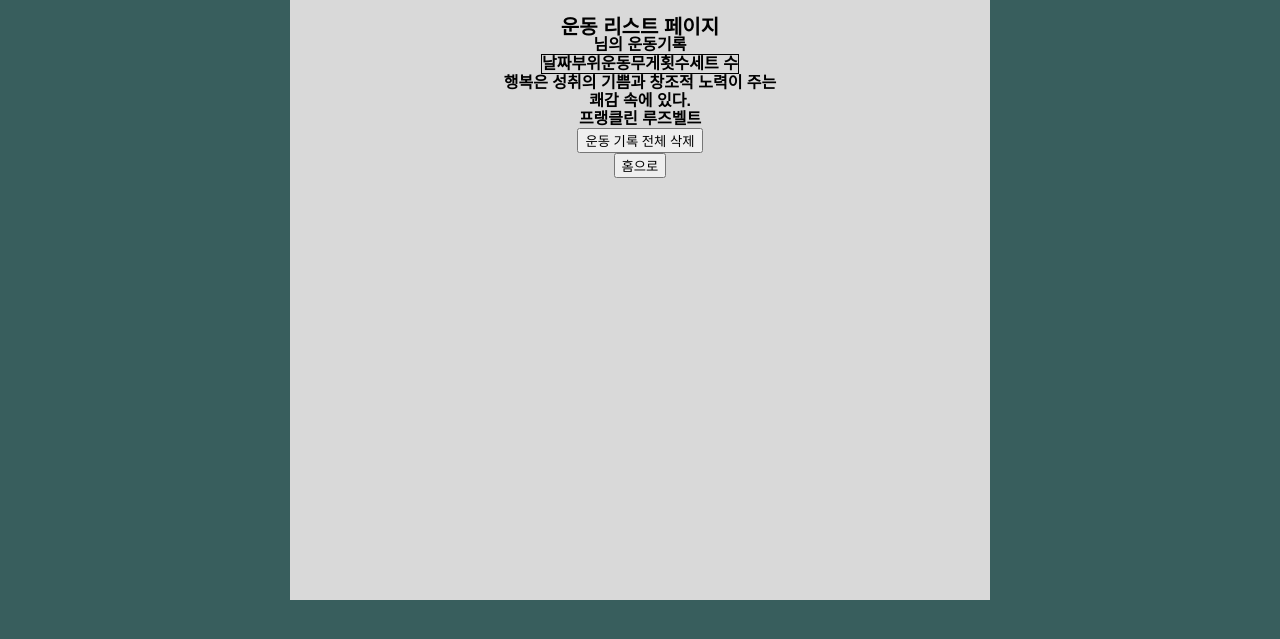
Repository: Up-Min/hrdkorea
Page: http://localhost/jsp_workout/wk_list.jsp
The author's editor kept a copy of each file at every save. The page is drawn from the files as they stood at one save, then again after the next save.
The browser window is 1280 px wide. The pictures show the whole page.
The page is served by Tomcat 9. Other server files are loaded and not shown. The template is opened directly, without the code that normally fills it, so the values that code supplies are empty.

Above is the page before, as saved 2022-12-31 06:16:59.

### jsp_workout/src/main/webapp/wk_list.jsp
<%@ page language="java" contentType="text/html; charset=UTF-8"
	pageEncoding="UTF-8"%>
<%@ taglib prefix="c" uri="http://java.sun.com/jsp/jstl/core"%>
<%@ page import="java.util.*"%>
<%@ page import="DTO.*"%>


<!DOCTYPE html>
<html style = "background-color: #385E5D;">
<head>
<meta charset="UTF-8">
<title>Insert title here</title>
<link rel="stylesheet" href="./css/style.css" />
</head>
<style>
.body{
	width: 700px;
	height: 600px;
	margin: 0 auto;
	background-color: #D9D9D9;
	color: black;
	text-align: center;
	border : 5px soild black;
}

.name{
	font-size: 20px;
}

table {
	border: 1px solid black;
	text-align: center;
	margin: 0 auto;
	padding : 3px;
}

table td{
	padding : 10px;
}

.change:hover{
	cursor: pointer;
}

.good{
	font-size: 20px''
}
</style>


<body style = "background-color: #385E5D;" >
<div class="body">
	<form action="delete" method="post">
		<input type="hidden" name="work_num" value="${work_num}">
		<input type="hidden" name="user_id" value="${user_id}">
		<input type="hidden" name="user_pwd" value="${user_pwd}">
		<br>
		<p class = "name">운동 리스트 페이지</p>
		<p>${user_id}님의 운동기록</p>

		<table>
			<tr>
				<th>날짜</th>
				<th>부위</th>
				<th>운동</th>
				<th>무게</th>
				<th>횟수</th>
				<th>세트 수</th>
			</tr>
			<c:forEach items="${list}" var="w" varStatus="status">
				<!-- jstl쓰면 굳이 request쓸 필요 없다. (Board board : boardList) -->
				<tr>
					<td>${w.wk_date}</td>
					<td>${w.wk_part}</td>
					<td>${w.ex_name}</td>
					<td>${w.ex_weight}kg</td>
					<td>${w.ex_reps}회</td>
					<td>${w.ex_sets}세트</td>
					<td class="change"
						onclick="location.href = 'edit?user_id=${user_id}&user_pwd=${user_pwd}&user_num=${user_num}&wk_no=${w.wk_number}&ex_num=${w.ex_number}'">
					운동수정</td>
				</tr>

			</c:forEach>
		</table>

		<p class = "good">
			행복은 성취의 기쁨과 창조적 노력이 주는 <br> 쾌감 속에 있다. <br> <b> 프랭클린
				루즈벨트 </b>
		</p>


		<button type="submit">운동 기록 전체 삭제</button>
	</form>
		<button onclick="location.href = 'signin?user_id=${user_id}&user_pwd=${user_pwd}'"> 홈으로</button>
</div>

	<script type="text/javascript" src="./script.js"></script>
</body>


<%-- 	<table>
		<c:forEach items="${wklist0}" var="w" varStatus="status">
			<input type=hidden value="${w.wk_number}">
			<!-- jstl쓰면 굳이 request쓸 필요 없다. (Board board : boardList) -->
			<tr onclick = "location.href = 'wk_list.jsp?user_num=${num}&list_no=${w.wk_number}'">
				<td>${w.wk_date}</td>
				<td>${w.wk_number}</td>
				<td>${w.ex_number}</td>
				<td>${w.wk_part}</td>
				<td>${w.ex_name}</td>
				<td>${w.ex_weight}</td>
				<td>${w.ex_reps}</td>
				<td>${w.ex_sets}</td>
			</tr>
		</c:forEach>
	</table>

	<hr>
	<table>
		<c:forEach items="${wklist1}" var="w" varStatus="status">
			<input type=hidden value="${w.wk_number}">
			<!-- jstl쓰면 굳이 request쓸 필요 없다. (Board board : boardList) -->
			<tr>
				<td>${w.wk_date}</td>
				<td>${w.wk_number}</td>
				<td>${w.ex_number}</td>
				<td>${w.wk_part}</td>
				<td>${w.ex_name}</td>
				<td>${w.ex_weight}</td>
				<td>${w.ex_reps}</td>
				<td>${w.ex_sets}</td>
			</tr>
		</c:forEach>
	</table>
	<hr>
	<table>
		<c:forEach items="${wklist2}" var="w" varStatus="status">
			<input type=hidden value="${w.wk_number}">
			<!-- jstl쓰면 굳이 request쓸 필요 없다. (Board board : boardList) -->
			<tr>
				<td>${w.wk_date}</td>
				<td>${w.wk_number}</td>
				<td>${w.ex_number}</td>
				<td>${w.wk_part}</td>
				<td>${w.ex_name}</td>
				<td>${w.ex_weight}</td>
				<td>${w.ex_reps}</td>
				<td>${w.ex_sets}</td>
			</tr>
		</c:forEach>
	</table>
	<hr>
	<table>
		<c:forEach items="${wklist3}" var="w" varStatus="status">
			<input type=hidden value="${w.wk_number}">
			<!-- jstl쓰면 굳이 request쓸 필요 없다. (Board board : boardList) -->
			<tr>
				<td>${w.wk_date}</td>
				<td>${w.wk_number}</td>
				<td>${w.ex_number}</td>
				<td>${w.wk_part}</td>
				<td>${w.ex_name}</td>
				<td>${w.ex_weight}</td>
				<td>${w.ex_reps}</td>
				<td>${w.ex_sets}</td>
			</tr>
		</c:forEach>
	</table>
	<hr>
	<table>
		<c:forEach items="${wklist4}" var="w" varStatus="status">
			<input type=hidden value="${w.wk_number}">
			<!-- jstl쓰면 굳이 request쓸 필요 없다. (Board board : boardList) -->
			<tr>
				<td>${w.wk_date}</td>
				<td>${w.wk_number}</td>
				<td>${w.ex_number}</td>
				<td>${w.wk_part}</td>
				<td>${w.ex_name}</td>
				<td>${w.ex_weight}</td>
				<td>${w.ex_reps}</td>
				<td>${w.ex_sets}</td>
			</tr>
		</c:forEach>
	</table>
	<hr>
	<table>
		<c:forEach items="${wklist5}" var="w" varStatus="status">
			<input type=hidden value="${w.wk_number}">
			<!-- jstl쓰면 굳이 request쓸 필요 없다. (Board board : boardList) -->
			<tr>
				<td>${w.wk_date}</td>
				<td>${w.wk_number}</td>
				<td>${w.ex_number}</td>
				<td>${w.wk_part}</td>
				<td>${w.ex_name}</td>
				<td>${w.ex_weight}</td>
				<td>${w.ex_reps}</td>
				<td>${w.ex_sets}</td>
			</tr>
		</c:forEach>
	</table> --%>

</html>

### jsp_workout/src/main/webapp/css/style.css
@charset "UTF-8";
@import url('./reset.css');

* { box-sizing: border-box; }
.video-background {
  background: #000;
  position: fixed;
  top: 0; right: 0; bottom: 0; left: 0;
  z-index: -99;
}
.video-foreground,
.video-background iframe {
  position: absolute;
  top: 0;
  left: 0;
  width: 100%;
  height: 100%;
  pointer-events: none;
}
#vidtop-content {
    top: 0;
    color: #fff;
}
.vid-info { position: absolute; top: 0; right: 0; width: 33%; background: rgba(0,0,0,0.3); color: #fff; padding: 1rem; font-family: Avenir, Helvetica, sans-serif; }
.vid-info h1 { font-size: 2rem; font-weight: 700; margin-top: 0; line-height: 1.2; }
.vid-info a { display: block; color: #fff; text-decoration: none; background: rgba(0,0,0,0.5); transition: .6s background; border-bottom: none; margin: 1rem auto; text-align: center; }
@media all and (max-width: 600px) {
.vid-info { width: 50%; padding: .5rem; }
.vid-info h1 { margin-bottom: .2rem; }
}
@media all and (max-width: 500px) {
.vid-info .acronym { display: none; }
}

*,:after,:before{box-sizing:border-box}
.clearfix:after,.clearfix:before{content:'';display:table}
.clearfix:after{clear:both;display:block}
a{color:inherit;text-decoration:none}

.tab:hover{
	cursor: pointer;
}

.login-wrap{
  width:100%;
  margin:auto;
  max-width:525px;
  min-height:950px;
  position:relative;
  box-shadow:0 12px 15px 0 rgba(0,0,0,.24),0 17px 50px 0 rgba(0,0,0,.19);
}
.login-html{
  width:100%;
  height:100%;
  position:absolute;
  padding:90px 70px 50px 70px;
  background:rgba(40,57,101,.9);
}
.login-html .sign-in-htm,
.login-html .sign-up-htm{
  top:0;
  left:0;
  right:0;
  bottom:0;
  position:absolute;
  transform:rotateY(180deg);
  backface-visibility:hidden;
  transition:all .4s linear;
}
.login-html .sign-in,
.login-html .sign-up,
.login-form .group .check{
  display:none;
}
.login-html .tab,
.login-form .group .label,
.login-form .group .button{
  text-transform:uppercase;
}
.login-html .tab{
  font-size:22px;
  margin-right:15px;
  padding-bottom:5px;
  margin:0 15px 10px 0;
  display:inline-block;
  border-bottom:2px solid transparent;
}
.login-html .sign-in:checked + .tab,
.login-html .sign-up:checked + .tab{
  color:#fff;
  border-color:#1161ee;
}
.login-form{
  min-height:345px;
  position:relative;
  perspective:1000px;
  transform-style:preserve-3d;
}
.login-form .group{
  margin-bottom:15px;
}
.login-form .group .label,
.login-form .group .input,
.login-form .group .button{
  width:100%;
  color:#fff;
  display:block;
}
.login-form .group .input,
.login-form .group .button{
  border:none;
  padding:15px 20px;
  border-radius:25px;
  background:rgba(255,255,255,.1);
}
.login-form .group .button:hover{
	cursor: pointer;
}

.login-form .group input[data-type="password"]{
  text-security:circle;
  -webkit-text-security:circle;
}
.login-form .group .label{
  color:#aaa;
  font-size:12px;
}
.login-form .group .button{
  background:#1161ee;
}
.login-form .group label .icon{
  width:15px;
  height:15px;
  border-radius:2px;
  position:relative;
  display:inline-block;
  background:rgba(255,255,255,.1);
}
.login-form .group label .icon:before,
.login-form .group label .icon:after{
  content:'';
  width:10px;
  height:2px;
  background:#fff;
  position:absolute;
  transition:all .2s ease-in-out 0s;
}
.login-form .group label .icon:before{
  left:3px;
  width:5px;
  bottom:6px;
  transform:scale(0) rotate(0);
}
.login-form .group label .icon:after{
  top:6px;
  right:0;
  transform:scale(0) rotate(0);
}
.login-form .group .check:checked + label{
  color:#fff;
}
.login-form .group .check:checked + label .icon{
  background:#1161ee;
}
.login-form .group .check:checked + label .icon:before{
  transform:scale(1) rotate(45deg);
}
.login-form .group .check:checked + label .icon:after{
  transform:scale(1) rotate(-45deg);
}
.login-html .sign-in:checked + .tab + .sign-up + .tab + .login-form .sign-in-htm{
  transform:rotate(0);
}
.login-html .sign-up:checked + .tab + .login-form .sign-up-htm{
  transform:rotate(0);
}

body{
  margin:0;
  color:#6a6f8c;
  background:#c8c8c8;
  font:600 16px/18px 'Open Sans',sans-serif;
}

.all{
	top : 100px;
	width: 800px;

}

ul{
	list-style: none;
}

tr:hover{
	cursor: pointer;
}

.hr{
  height:2px;
  margin:60px 0 50px 0;
  background:rgba(255,255,255,.2);
}
.foot-lnk{
  text-align:center;
}

### jsp_workout/src/main/webapp/script.js

function signup() {
	let regex = new RegExp('[a-z0-9]+@[a-z]+\.[a-z]{2,3}');
	var f = document.signup_form;
	var p = f.user_pwd.value;
	var p1 = f.user_pwd1.value;
	var i = f.user_id.value;
	var e = f.user_email.value;

	if (i == '') {
		alert("아이디를 입력해 주십시오.");
		i.focus();
		return false;
	}
	if (p == '') {
		alert("비밀번호를 입력해 주십시오.");
		p.focus();
		return false;
	}
	if (p1 == '') {
		alert("비밀번호 확인을 입력해 주십시오.");
		p1.focus();
		return false;
	}
	if (e == '') {
		alert("이메일 주소를 입력해 주십시오.");
		e.focus();
		return false;
	}

	if (p != p1) {
		alert("비밀번호가 일치하지 않습니다. 다시 확인해주세요.");
		p.focus();
		return false;
	} else if (regex.test(e) == false) {
		alert("올바른 이메일 형식이 아닙니다. 다시 확인해주세요.");
		e.focus();
		return false;
	} else {
		alert("회원가입이 완료 되었습니다.");
		f.submit();
	}
}

/*function pwdchk(){
	var f = document.signup_form;
	var p = f.user_pwd.value;
	var p1 = f.user_pwd1.value;



	if(p != p1){
		alert("비밀번호가 일치하지 않습니다. 다시 확인해주세요.")
	}else if(p = p1){
		alert("비밀번호가 일치합니다!")
	}
}*/

function chkpwd2() {
	var f = document.signup_form;
	var p = f.user_pwd.value;
	var p1 = f.user_pwd1.value;
	var r1 = document.getElementById("label_pwd1");
	var r2 = document.getElementById("label_pwd2");

	r1.style.display = 'none';
	r2.style.display = 'none';

	if (p != p1) {
		r1.style.display = 'none';
		r2.style.display = 'block';
	} else if (p == p1) {
		r1.style.display = 'block';
		r2.style.display = 'none';
	}
}

function chkEmail() {
	let regex = new RegExp('[a-z0-9]+@[a-z]+\.[a-z]{2,3}');
	var f = document.signup_form;
	var e = f.user_email.value;
	var e2 = document.getElementById("label_email");
	var e3 = document.getElementById("label_email1");

	e2.style.display = 'none';
	e3.style.display = 'none';

	if (regex.test(e) == false) {
		e2.style.display = 'block';
	}else if (regex.test(e) == true){
		e2.style.display = 'none';
		e3.style.display = 'block';
	}
}


function insert() {
	alert("운동 기록이 완료 되었습니다.");
	submit();
}

function chk_delete() {
	const result = confirm("정말 삭제하시겠습니까?");
	if (result) {
		alert("삭제가 완료 되었습니다.");
		submit();
	}
	return false;
}

function chk_cancel(user_id, user_pwd) {
	var result = confirm("하시던 운동을 취소하시겠습니까?");
	if (result) {
		alert("초기 화면으로 돌아갑니다.");
		location.href = "/jsp_workout/signin?user_id=" + user_id + "&user_pwd=" + user_pwd;
	} else {
		return false;
	}
}

function update() {
	var f = document.editForm;
	var n = f.ex_name.value;
	var w = f.ex_weight.value;
	var r = f.ex_reps.value;
	var s = f.ex_sets.value;

	if (n == '') {
		alert("수정할 운동 이름을 입력해 주십시오.");
		n.focus();
		return false;
	}
	if (w == '') {
		alert("수정할 운동 무게를 입력해 주십시오.");
		w.focus();
		return false;
	}
	if (r == '') {
		alert("수정할 운동 횟수를 입력해 주십시오.");
		r.focus();
		return false;
	}
	if (s == '') {
		alert("수정할 운동 세트를 입력해 주십시오.");
		s.focus();
		return false;
	}

	alert("수정이 완료 되었습니다.");
	submit();
}


function logout() {
	alert("로그아웃이 완료 되었습니다!");
	location.href = "/jsp_workout/";
}

### jsp_workout/src/main/webapp/css/reset.css
/* 홈페이지 초기화 reset.css */

/* http://meyerweb.com/eric/tools/css/reset/
   v2.0 | 20110126
   License: none (public domain)
*/

html, body, div, span, applet, object, iframe,
h1, h2, h3, h4, h5, h6, p, blockquote, pre,
a, abbr, acronym, address, big, cite, code,
del, dfn, em, img, ins, kbd, q, s, samp,
small, strike, strong, sub, sup, tt, var,
b, u, i, center,
dl, dt, dd, ol, ul, li,
fieldset, form, label, legend,
table, caption, tbody, tfoot, thead, tr, th, td,
article, aside, canvas, details, embed,
figure, figcaption, footer, header, hgroup,
menu, nav, output, ruby, section, summary,
time, mark, audio, video {
	margin: 0;
	padding: 0;
	border: 0;
	font-size: 100%;
	font: inherit;
	vertical-align: baseline;
	font-family: 'Jua', sans-serif;
}
/* HTML5 display-role reset for older browsers */
article, aside, details, figcaption, figure,
footer, header, hgroup, menu, nav, section {
	display: block;
}
body {
	line-height: 1;
}
ol, ul {
	list-style: none;
}
blockquote, q {
	quotes: none;
}
blockquote:before, blockquote:after,
q:before, q:after {
	content: '';
	content: none;
}
table {
	border-collapse: collapse;
	border-spacing: 0;
}

/* 추가 */

a { text-decoration: none !important;
	color: black;
}

header, footer, section {
	box-sizing:border-box;
}

iframe { /* 영상때문에 쓰임. 영상 크기 맞춰둠. */
	width: 100%;
}

After the next save:
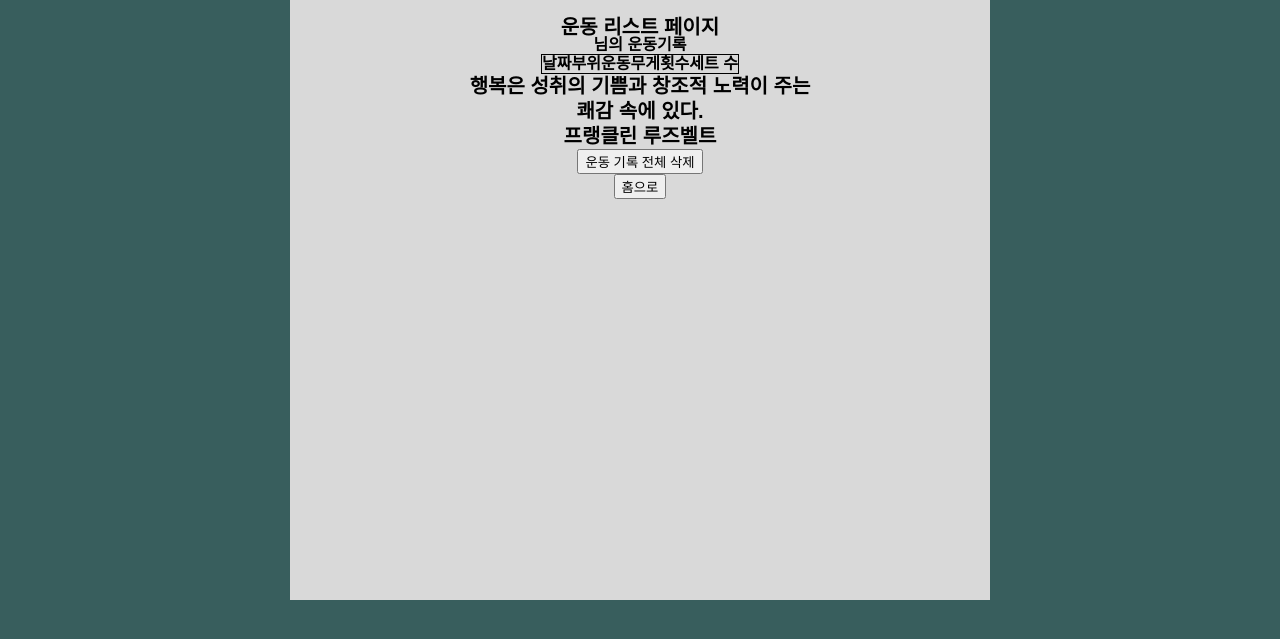
Saved 8 s later.
--- a/jsp_workout/src/main/webapp/wk_list.jsp
+++ b/jsp_workout/src/main/webapp/wk_list.jsp
@@ -43,7 +43,8 @@ table td{
 }
 
 .good{
-	font-size: 20px''
+	font-size: 20px;
+	line-height: 25px;
 }
 </style>
 
